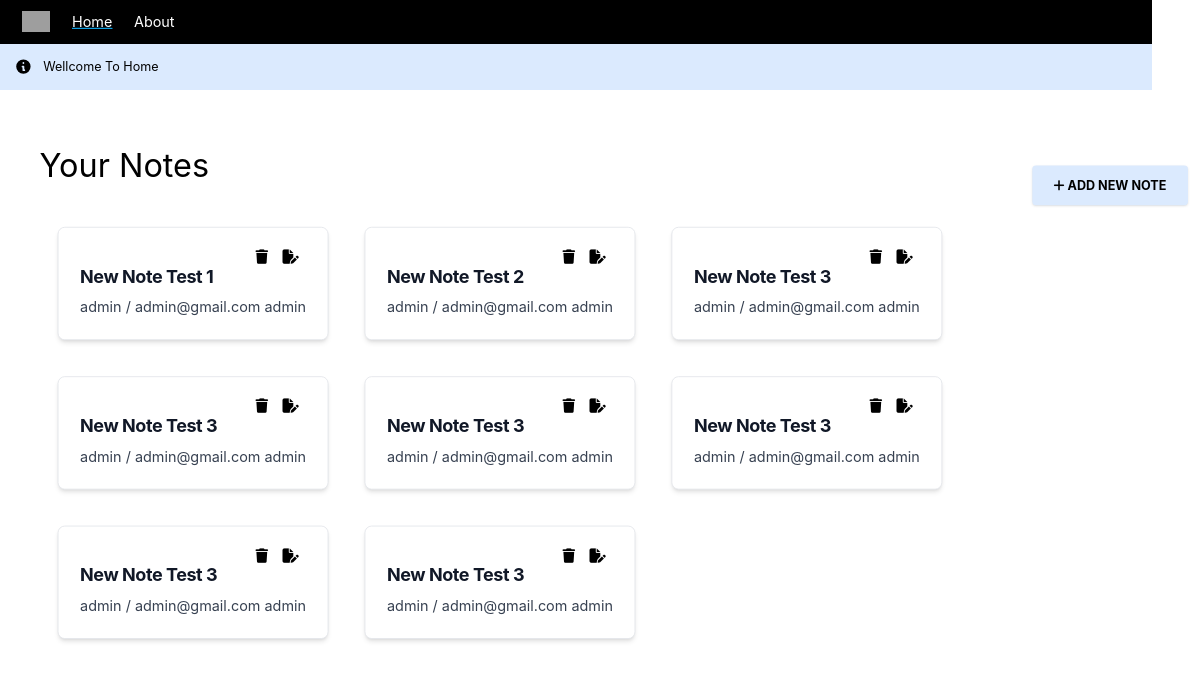
Repository: sonawaneteju4/iNote
Page: /
The author's editor kept a copy of each file at every save. The page is drawn from the files as they stood at one save, then again after the next save.
The browser window is 1280 px wide. The page is 1324 px wide, so the pictures cover 1324 px, including what lies to the right of the window. The pictures show the whole page, at 90% of full size.
Pictures or frames that could not be fetched are drawn as grey boxes. Some web libraries are served in a nearby version. The project was rebuilt for these pictures with package versions that can differ from the ones it lists, and the page was loaded fresh each time. Also part of the build but not shown: src/components/AddNote.js, src/components/About.js.

Above is the page before, as saved 2022-10-11 10:55:30.

### public/index.html
<!DOCTYPE html>
<html lang="en">
  <head>
    <meta charset="utf-8" />
    <link rel="icon" href="%PUBLIC_URL%/favicon.ico" />
    <meta name="viewport" content="width=device-width, initial-scale=1" />
    <meta name="theme-color" content="#000000" />
    <meta
      name="description"
      content="Web site created using create-react-app"
    />
    <link rel="apple-touch-icon" href="%PUBLIC_URL%/logo192.png" />

    <link rel="manifest" href="%PUBLIC_URL%/manifest.json" />

    <title>iNote - Secured Notes On Cloud</title>
  </head>
  <body>
    <noscript>You need to enable JavaScript to run this app.</noscript>
    <script src="https://kit.fontawesome.com/61d960ae85.js" crossorigin="anonymous"></script>
    <div id="root"></div>
  </body>
</html>

### src/App.js
import "./App.css";
import { BrowserRouter, Routes, Route } from "react-router-dom";
import Navbar from "./components/Navbar";
import Home from "./components/Home";
import About from "./components/About";
import NoteState from "./context/notes/NoteState";
import Alert from "./components/Alert";

function App() {
  return (
    <>
      <NoteState>
        <BrowserRouter>
          <Navbar />
          <Alert message="Wellcome To Home"/>
          <div className="container m-11">

          <Routes>
            <Route exact path="/" element={<Home />}></Route>
            <Route exact path="/about" element={<About />}></Route>
          </Routes>
          </div>
        </BrowserRouter>
      </NoteState>
    </>
  );
}

export default App;

### src/App.css
.App {
  text-align: center;
}

.App-logo {
  height: 40vmin;
  pointer-events: none;
}

@media (prefers-reduced-motion: no-preference) {
  .App-logo {
    animation: App-logo-spin infinite 20s linear;
  }
}

.App-header {
  background-color: #282c34;
  min-height: 100vh;
  display: flex;
  flex-direction: column;
  align-items: center;
  justify-content: center;
  font-size: calc(10px + 2vmin);
  color: white;
}

.App-link {
  color: #61dafb;
}

@keyframes App-logo-spin {
  from {
    transform: rotate(0deg);
  }
  to {
    transform: rotate(360deg);
  }
}
i{cursor: pointer;

}

### src/components/Navbar.js
import React, {useEffect} from 'react'
import { Link, useLocation } from 'react-router-dom'

const Navbar = () => {
  let location = useLocation();
  useEffect(() => {
    console.log(location.pathname);
  }, [location])

  return (
    <nav className='flex bg-black text-white sticky top-0'>
        <ul className='flex m-3'>
            <li className='px-3'><Link to="/"><img alt="Logo" className='h-6' src='https://i.ibb.co/yyD6c8M/i-NOTE-3.png'></img></Link></li>
            <li className={`px-3  ${location.pathname==='/'? "underline decoration-sky-500": ""}`}><Link to="/">Home</Link></li>
            <li className={`px-3  ${location.pathname==='/about'? "underline decoration-sky-500": ""}`}><Link to="/about">About</Link></li>
        </ul>

    </nav>
  )
}

export default Navbar

### src/components/Home.js
import React from 'react'
// import NoteState from '../context/notes/NoteState';
import Notes from './Notes';

const Home = () => {

  return (
    <>
      <Notes/>
    </>

  )
}

export default Home

### src/context/notes/NoteState.js
import { useState } from 'react';
import NoteContext from './NoteContext';


const NoteState = (props) =>{
    const notesInitial = [
        {
          "_id": "6343f8ff5e6343bed4b7ddb5",
          "user": "63402d7553af99b0eef26534",
          "title": "New Note Test 1 ",
          "description": "admin / admin@gmail.com admin",
          "tag": "test",
          "date": "1665390388538",
          "__v": 0
        },
        {
          "_id": "6343f90f5e6343bed4b7ddb8",
          "user": "63402d7553af99b0eef26534",
          "title": "New Note Test 2 ",
          "description": "admin / admin@gmail.com admin",
          "tag": "test",
          "date": "1665390388538",
          "__v": 0
        },
        {
          "_id": "6343f9155e6343bed4b7ddba",
          "user": "63402d7553af99b0eef26534",
          "title": "New Note Test 3 ",
          "description": "admin / admin@gmail.com admin",
          "tag": "test",
          "date": "1665390388538",
          "__v": 0
        },
        {
            "_id": "6343f9155e6343bed4b7ddba",
            "user": "63402d7553af99b0eef26534",
            "title": "New Note Test 3 ",
            "description": "admin / admin@gmail.com admin",
            "tag": "test",
            "date": "1665390388538",
            "__v": 0
          },
          {
            "_id": "6343f9155e6343bed4b7ddba",
            "user": "63402d7553af99b0eef26534",
            "title": "New Note Test 3 ",
            "description": "admin / admin@gmail.com admin",
            "tag": "test",
            "date": "1665390388538",
            "__v": 0
          },
          {
            "_id": "6343f9155e6343bed4b7ddba",
            "user": "63402d7553af99b0eef26534",
            "title": "New Note Test 3 ",
            "description": "admin / admin@gmail.com admin",
            "tag": "test",
            "date": "1665390388538",
            "__v": 0
          },
          {
            "_id": "6343f9155e6343bed4b7ddba",
            "user": "63402d7553af99b0eef26534",
            "title": "New Note Test 3 ",
            "description": "admin / admin@gmail.com admin",
            "tag": "test",
            "date": "1665390388538",
            "__v": 0
          },
          {
            "_id": "6343f9155e6343bed4b7ddba",
            "user": "63402d7553af99b0eef26534",
            "title": "New Note Test 3 ",
            "description": "admin / admin@gmail.com admin",
            "tag": "test",
            "date": "1665390388538",
            "__v": 0
          }
      ]
      const [notes, setNotes] = useState(notesInitial)

      //Add a Note
      const addNote = (title, description,tag)=>{
        const note = {
          "_id": "6343f9155e6343bed4b7ddba",
          "user": "63402d7553af99b0eef26534",
          "title": title,
          "description": description,
          "tag": tag,
          "date": "1665390388538",
          "__v": 0
        };
        setNotes(notes.concat(note))
      }

      // Delete a Note
      const deleteNote = (id)=>{
        console.log(id)
        const newNotes = notes.filter((note)=>{return note._id!==id})
        setNotes(newNotes)
      }

      //Edit a Note
const editNote = (id, title, description,tag)=>{

}

    return(

        <NoteContext.Provider value={{notes, notesInitial, addNote ,deleteNote ,editNote }}>
            {props.children}
        </NoteContext.Provider>
            )
}

export default NoteState;

### src/components/Alert.js
import React from 'react'

const Alert = (props) => {
  return (
    <div className=''>
      <div className="flex p-4 mb-4 text-sm bg-blue-100 rounded-lgz text-black " role="alert">
  <svg aria-hidden="true" className="flex-shrink-0 inline w-5 h-5 mr-3" fill="currentColor" viewBox="0 0 20 20" xmlns="http://www.w3.org/2000/svg"><path fill-rule="evenodd" d="M18 10a8 8 0 11-16 0 8 8 0 0116 0zm-7-4a1 1 0 11-2 0 1 1 0 012 0zM9 9a1 1 0 000 2v3a1 1 0 001 1h1a1 1 0 100-2v-3a1 1 0 00-1-1H9z" clip-rule="evenodd"></path></svg>
  {props.message}
  </div>
    </div>
  )
}

export default Alert

### src/components/Notes.js
import React, {useContext } from 'react'
import NoteContext from '../context/notes/NoteContext';
import AddNote from './AddNote';
import NoteItem from './NoteItem';


const Notes = () => {
    const context = useContext(NoteContext);
    const [showModal, setShowModal] = React.useState(false);
    const {notes, addNote} = context
  return (
    <div>
<div className='flex flex-row justify-between'>
      <h1 className='py-5 text-4xl'>Your Notes</h1>

      <button
        className="bg-blue-100 text-black active:bg-pink-600 font-bold uppercase text-sm my-10 px-6 py-3 rounded shadow hover:shadow-lg outline-none focus:outline-none mr-1 mb-1 ease-linear transition-all duration-150"
        type="button"
        onClick={() => setShowModal(true)}
        >
        <i class="fa-solid fa-plus"></i> Add New Note
      </button>
      {showModal ? (
        <>
          <div
            className="justify-center items-center flex overflow-x-hidden overflow-y-auto fixed inset-0 z-50 outline-none focus:outline-none"
            >
            <div className="relative w-auto my-6 mx-auto max-w-3xl">
              {/*content*/}
              <div className="border-0 rounded-lg shadow-lg relative flex flex-col w-full bg-white outline-none focus:outline-none">
                {/*header*/}
                <div className="flex  items-start justify-between p-5 border-b border-solid border-slate-200 rounded-t">
                  <h3 className="text-3xl font-semibold">
                    Create New Note
                  </h3>
                  <button
                    className="p-1 ml-auto bg-transparent border-0 text-black opacity-5 float-right text-3xl leading-none font-semibold outline-none focus:outline-none"
                    onClick={() => setShowModal(false)}
                    >
                    <span className="bg-transparent text-black opacity-5 h-6 w-6 text-2xl block outline-none focus:outline-none">

                    </span>
                  </button>
                </div>
                {/*body*/}

                    <AddNote/>
                {/*footer*/}
                <div className="flex items-center justify-end p-6 border-t border-solid border-slate-200 rounded-b">
                  <button
                    className="text-red-500 background-transparent font-bold uppercase px-6 py-2 text-sm outline-none focus:outline-none mr-1 mb-1 ease-linear transition-all duration-150"
                    type="button"
                    onClick={() => setShowModal(false)}
                    >
                    Close
                  </button>
                </div>
              </div>
            </div>
          </div>
          <div className="opacity-25 fixed inset-0 z-40 bg-black"></div>
        </>
      ) : null}
      </div>


    <div className='flex flex-wrap'>
        {notes.map((note)=>{
            return <NoteItem key={note._id} note={note}/>;
        })}
    </div>
        </div>
  )
}

export default Notes

### src/components/NoteItem.js
import React, { useContext } from "react";
import NoteContext from '../context/notes/NoteContext';


const NoteItem = (props) => {
 const context = useContext(NoteContext)
  const {deleteNote} = context;
  const { note } = props;
  return (
    <div className="p-5">
      <div class="p-6 max-w-sm bg-white rounded-lg border border-gray-200 shadow-md hover:bg-gray-100">
        <div className="flex item-start justify-end">
          <i class="fa-solid fa-trash mx-2" onClick={()=>{deleteNote(note._id)}}></i>
          <i class="fa-solid fa-file-pen mx-2"></i>
        </div>
          <h5 class="mb-2 text-xl font-bold tracking-tight text-gray-900">
            {note.title}
          </h5>
        <p class="font-normal text-gray-700"> {note.description}</p>
      </div>
    </div>
  );
};

export default NoteItem;

Loaded but not shown: src/index.js (common file); src/index.css (common file); src/context/notes/NoteContext.js (common file); tailwind.config.js (common file)

After the next save:
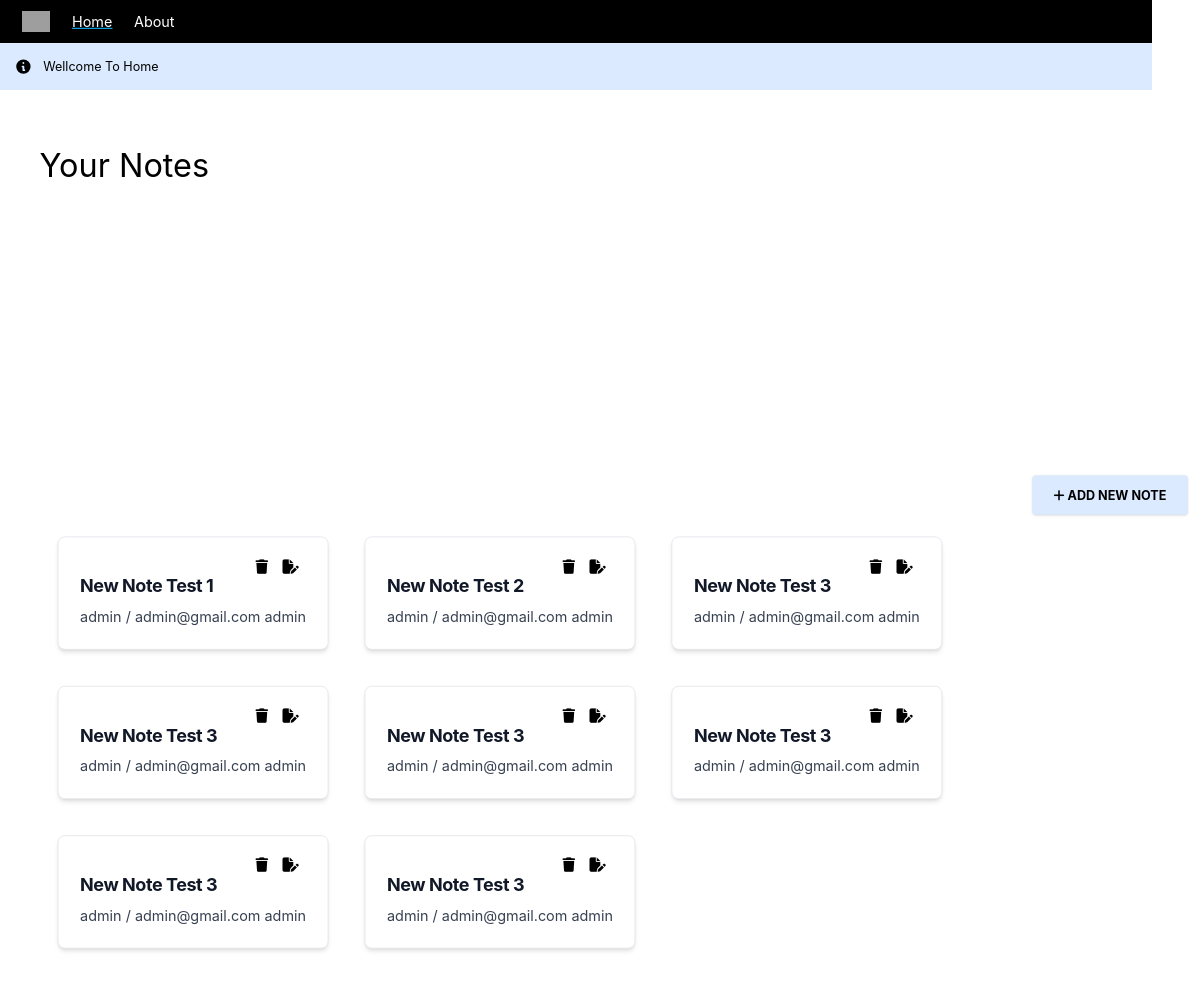
Saved 10 s later.
--- a/src/components/Notes.js
+++ b/src/components/Notes.js
@@ -14,7 +14,7 @@
       <h1 className='py-5 text-4xl'>Your Notes</h1>
 
       <button
-        className="bg-blue-100 text-black active:bg-pink-600 font-bold uppercase text-sm my-10 px-6 py-3 rounded shadow hover:shadow-lg outline-none focus:outline-none mr-1 mb-1 ease-linear transition-all duration-150"
+        className="bg-blue-100 text-black active:bg-pink-600 font-bold uppercase text-sm my-96 px-6 py-3 rounded shadow hover:shadow-lg outline-none focus:outline-none mr-1 mb-1 ease-linear transition-all duration-150"
         type="button"
         onClick={() => setShowModal(true)}
         >

After the save that followed:
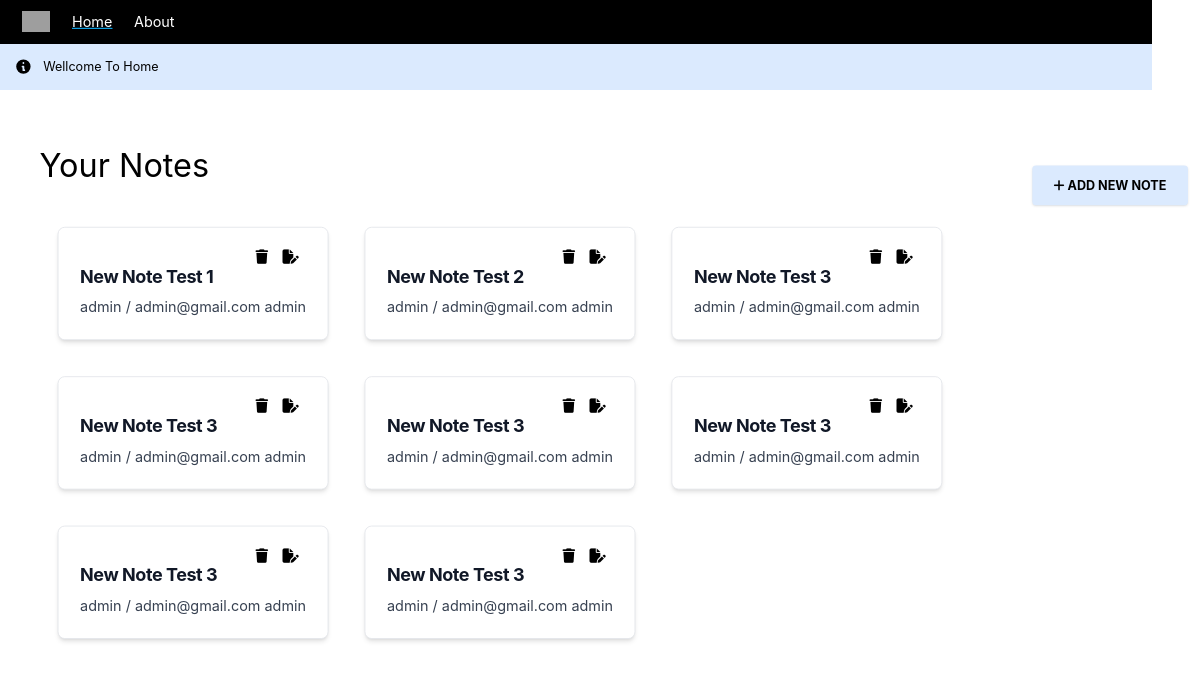
Saved 5 s later.
--- a/src/components/Notes.js
+++ b/src/components/Notes.js
@@ -14,7 +14,7 @@
       <h1 className='py-5 text-4xl'>Your Notes</h1>
 
       <button
-        className="bg-blue-100 text-black active:bg-pink-600 font-bold uppercase text-sm my-96 px-6 py-3 rounded shadow hover:shadow-lg outline-none focus:outline-none mr-1 mb-1 ease-linear transition-all duration-150"
+        className="bg-blue-100 text-black active:bg-pink-600 font-bold uppercase text-sm my-10 px-6 py-3 rounded shadow hover:shadow-lg outline-none focus:outline-none mr-1 mb-1 ease-linear transition-all duration-150"
         type="button"
         onClick={() => setShowModal(true)}
         >
